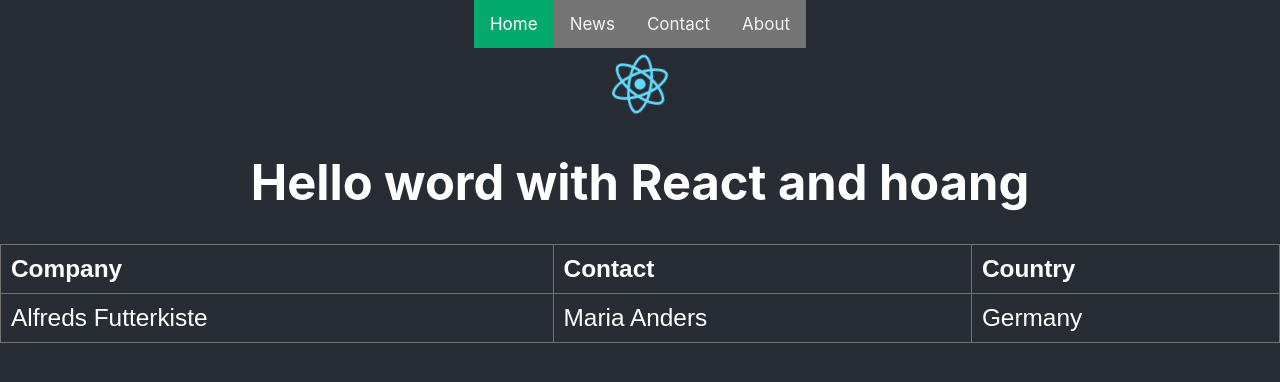
Repository: hoang0508/ReactJsHookBasic
Page: /timer
An editor plug-in stored every save of this project. The page is shown before and after the next save, followed by the edit.
The browser window is 1280 px wide. The pictures show the whole page.
The page's requests for data from a server got no answer. The project was rebuilt for these pictures with package versions that can differ from the ones it lists, and the page was loaded fresh each time. No one was signed in, and anything a server would have sent is missing. Also part of the build but not shown: src/views/Todo.js.

Above is the page before, as saved 2021-11-11 23:22:48.

After the next save:
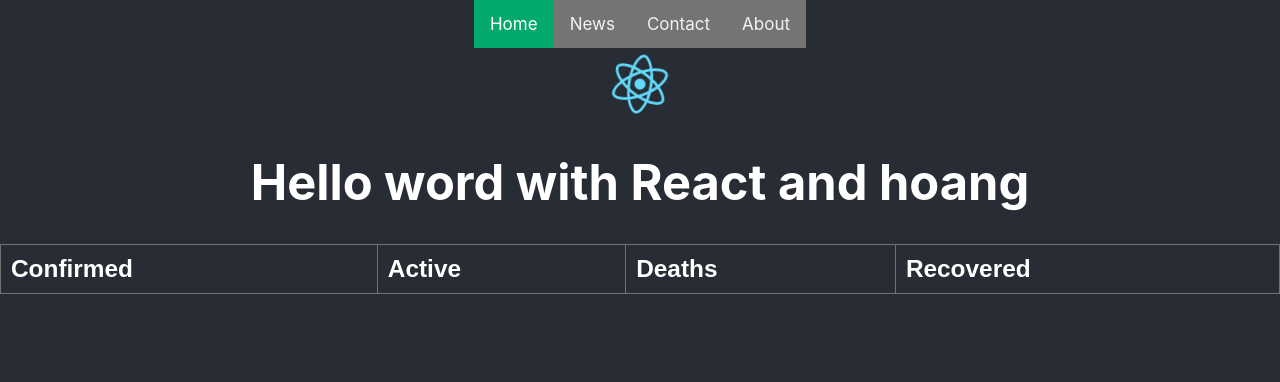
Saved 4 min 31 s later.
--- a/src/views/covid.js
+++ b/src/views/covid.js
@@ -15,17 +15,24 @@
       {console.log(dataCovid)}
       <thead>
         <tr>
-          <th>Company</th>
-          <th>Contact</th>
-          <th>Country</th>
+          <th>Confirmed</th>
+          <th>Active</th>
+          <th>Deaths</th>
+          <th>Recovered</th>
         </tr>
       </thead>
       <tbody>
-        <tr>
-          <td>Alfreds Futterkiste</td>
-          <td>Maria Anders</td>
-          <td>Germany</td>
-        </tr>
+        {dataCovid &&
+          dataCovid > 0 &&
+          dataCovid.map((item) => {
+            return (
+              <tr>
+                <td>Alfreds Futterkiste</td>
+                <td>Maria Anders</td>
+                <td>Germany</td>
+              </tr>
+            );
+          })}
       </tbody>
     </table>
   );
